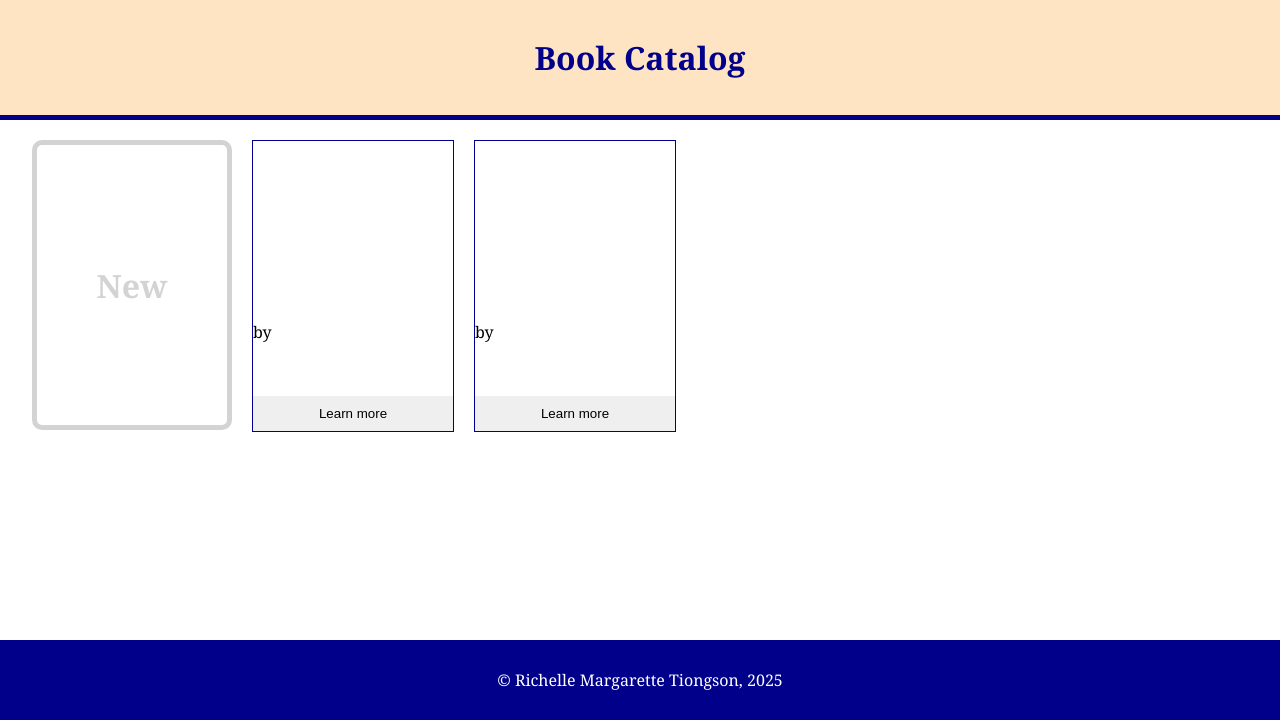
Repository: richelletiongson/comp3170_lab01
Page: /
The author's editor kept a copy of each file at every save. The page is drawn from the files as they stood at one save, then again after the next save.
The browser window is 1280 px wide. The pictures show the whole page.
The project was rebuilt for these pictures with package versions that can differ from the ones it lists, and the page was loaded fresh each time. Also part of the build but not shown: vite.config.js.

Above is the page before, as saved 2025-09-14 00:40:09.

After the next save:
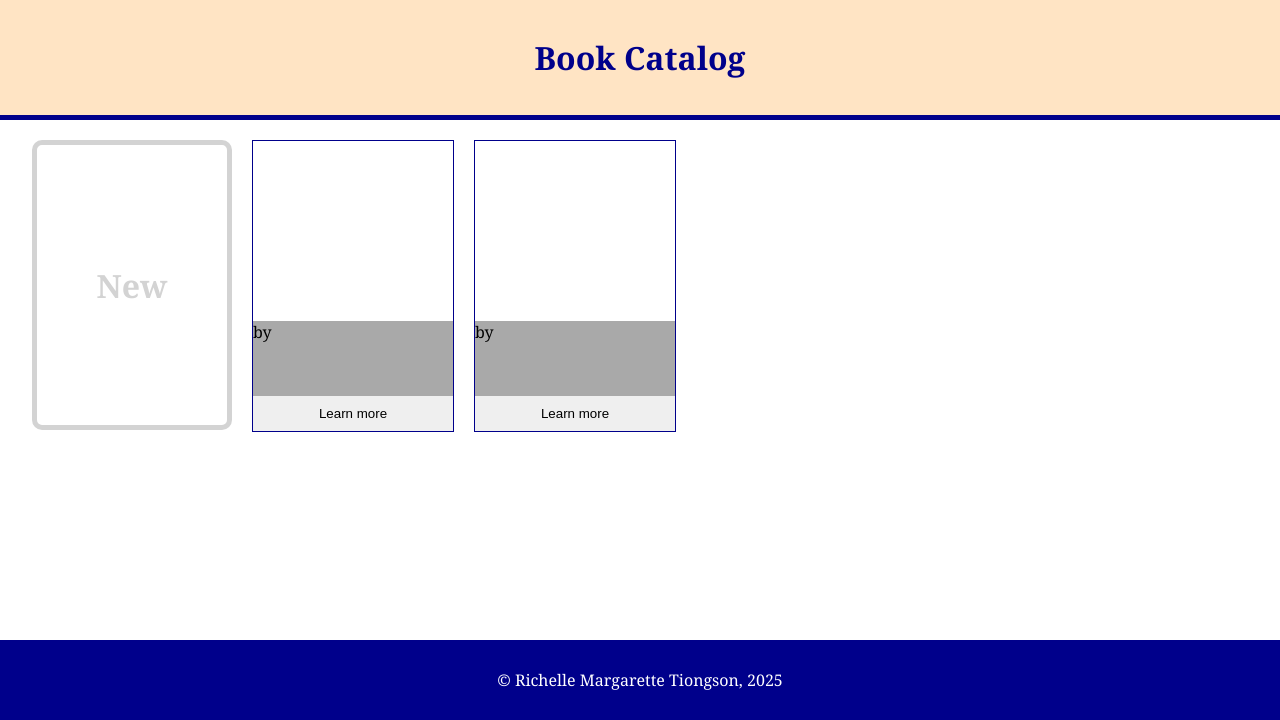
Saved 30 s later.
--- a/src/index.css
+++ b/src/index.css
@@ -45,6 +45,7 @@ body {
 
 .author {
   height: 75px;
+  background-color: darkgrey;
 }
 
 .learn {
